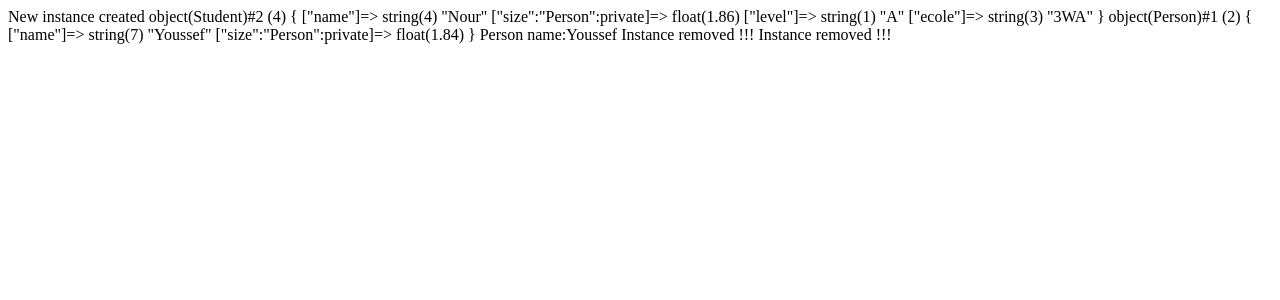
Repository: FS-23/php-getstarted
Page: http://localhost/oop/index.php
These files come from the project's save history. The page is drawn as it stood at one moment and after the next save; the edit follows.
The browser window is 1280 px wide. The pictures show the whole page.
The page is run by PHP 8.4 with error messages shown; the project is at /var/www/html/.

Above is the page before, as saved 2022-05-31 11:26:01.

### demoAPP/oop/index.php
<?php
  class Person {
      public $name;
      private $size;
      function __construct($name , $size){
          $this -> name = $name;
          $this -> size = $size;
          echo "New instance created\n";
      }
      function setSize($sizeValue){
          $this -> size = $sizeValue;
      }
      function __destruct(){
          echo "\nInstance removed !!!";
      }

      function construct($name , $size){
            $this -> name = $name;
            $this -> size = $size;
      }
  }




  class Student extends Person{

     public $level;
     public $ecole;

     function __construct($name , $size , $level ,$ecole){
         //super($name , $size );
         parent::construct($name , $size);
         $this -> level = $level;
         $this -> ecole = $ecole;
     }
     function learn(){
         echo "\n". $this.name . " started learning";
     }
  }

  $person1 = new Person("Youssef", 1.84);

  $student1 = new Student("Nour", 1.86 , "A" , "3WA");

  var_dump($student1);


//   $person1 -> name = "Youssef";
//   $person1 -> size = "Youssef";
//   $person1 -> level = "Youssef";
//   $person1 -> name = "Youssef";
//   $person1 -> name = "Youssef";
//   $person1 -> setSize(1.84);
//   $person1 -> favorigteFood = "Poulet rotie";

  var_dump($person1);


  echo "Person name:".$person1->name;

After the next save:
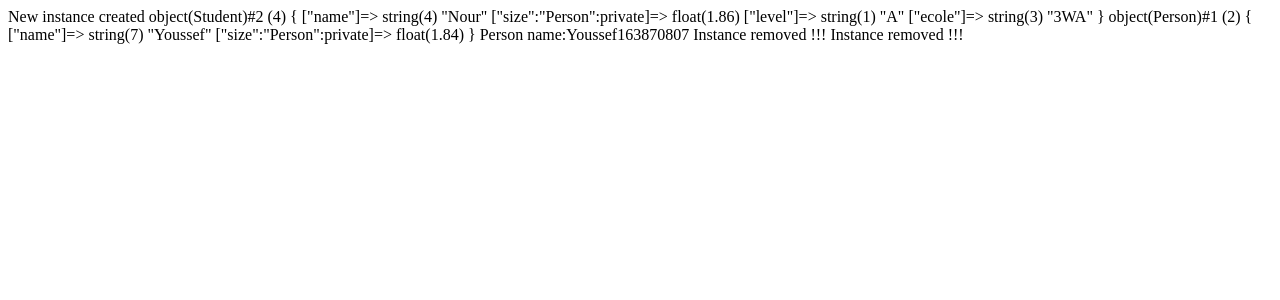
Saved 31 s later.
--- a/demoAPP/oop/index.php
+++ b/demoAPP/oop/index.php
@@ -58,3 +58,5 @@
 
 
   echo "Person name:".$person1->name;
+
+  echo rand();
